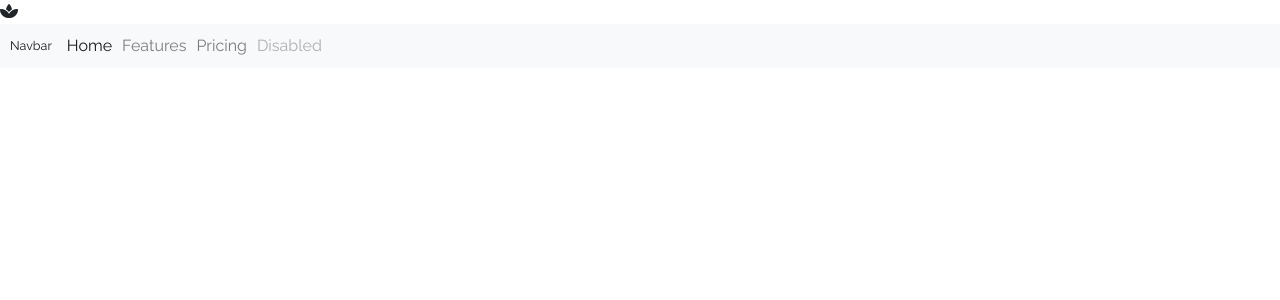
Repository: KrzysKolo/Projekt-13_Kwiaciarnia
Page: index.html
An editor plug-in stored every save of this project. The page is shown before and after the next save, followed by the edit.
The browser window is 1280 px wide. The pictures show the whole page.
Some web libraries are served in a nearby version.

Above is the page before, as saved 2020-08-07 12:09:46.

### index.html
<!DOCTYPE html>
<html lang="pl">
  <head>
    <meta charset="UTF-8" />
    <meta name="viewport" content="width=device-width, initial-scale=1.0" />
    <title>Bukieciarnia</title>
    <script
      src="https://kit.fontawesome.com/21efeaf281.js"
      crossorigin="anonymous"
    ></script>

    <link
      rel="stylesheet"
      href="https://stackpath.bootstrapcdn.com/bootstrap/4.5.0/css/bootstrap.min.css"
      integrity="sha384-9aIt2nRpC12Uk9gS9baDl411NQApFmC26EwAOH8WgZl5MYYxFfc+NcPb1dKGj7Sk"
      crossorigin="anonymous"
    />
    <link
      href="https://fonts.googleapis.com/css2?family=Raleway:wght@400;700&display=swap"
      rel="stylesheet"
    />
    <link rel="stylesheet" href="style.css" />
  </head>
  <body>
    <i class="fas fa-spa"></i>

    <nav class="navbar navbar-expand-lg navbar-light bg-light">
      <a class="navbar-brand" href="#">Navbar</a>
      <button
        class="navbar-toggler"
        type="button"
        data-toggle="collapse"
        data-target="#navbarNav"
        aria-controls="navbarNav"
        aria-expanded="false"
        aria-label="Toggle navigation"
      >
        <span class="navbar-toggler-icon"></span>
      </button>
      <div class="collapse navbar-collapse" id="navbarNav">
        <ul class="navbar-nav">
          <li class="nav-item active">
            <a class="nav-link" href="#"
              >Home <span class="sr-only">(current)</span></a
            >
          </li>
          <li class="nav-item">
            <a class="nav-link" href="#">Features</a>
          </li>
          <li class="nav-item">
            <a class="nav-link" href="#">Pricing</a>
          </li>
          <li class="nav-item">
            <a
              class="nav-link disabled"
              href="#"
              tabindex="-1"
              aria-disabled="true"
              >Disabled</a
            >
          </li>
        </ul>
      </div>
    </nav>

    <script
      src="https://code.jquery.com/jquery-3.5.1.slim.min.js"
      integrity="sha384-DfXdz2htPH0lsSSs5nCTpuj/zy4C+OGpamoFVy38MVBnE+IbbVYUew+OrCXaRkfj"
      crossorigin="anonymous"
    ></script>
    <script
      src="https://cdn.jsdelivr.net/npm/popper.js@1.16.0/dist/umd/popper.min.js"
      integrity="sha384-Q6E9RHvbIyZFJoft+2mJbHaEWldlvI9IOYy5n3zV9zzTtmI3UksdQRVvoxMfooAo"
      crossorigin="anonymous"
    ></script>
    <script
      src="https://stackpath.bootstrapcdn.com/bootstrap/4.5.0/js/bootstrap.min.js"
      integrity="sha384-OgVRvuATP1z7JjHLkuOU7Xw704+h835Lr+6QL9UvYjZE3Ipu6Tp75j7Bh/kR0JKI"
      crossorigin="anonymous"
    ></script>
  </body>
</html>

### style.css
* {
  box-sizing: border-box;
  margin: 0;
  padding: 0;
}
html {
  font-size: 62.5%;
}
body {
  font-family: "Raleway", sans-serif;
  font-size: 1.6rem;
}

After the next save:
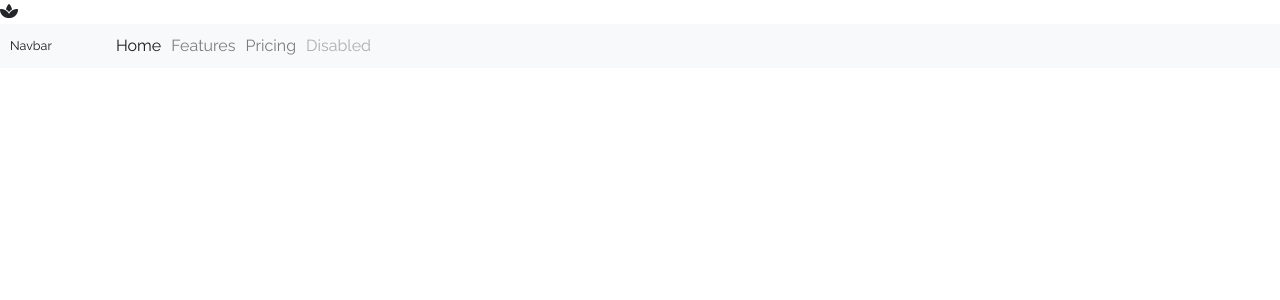
Saved 4 min 31 s later.
--- a/index.html
+++ b/index.html
@@ -38,28 +38,30 @@
         <span class="navbar-toggler-icon"></span>
       </button>
       <div class="collapse navbar-collapse" id="navbarNav">
-        <ul class="navbar-nav">
-          <li class="nav-item active">
-            <a class="nav-link" href="#"
-              >Home <span class="sr-only">(current)</span></a
-            >
-          </li>
-          <li class="nav-item">
-            <a class="nav-link" href="#">Features</a>
-          </li>
-          <li class="nav-item">
-            <a class="nav-link" href="#">Pricing</a>
-          </li>
-          <li class="nav-item">
-            <a
-              class="nav-link disabled"
-              href="#"
-              tabindex="-1"
-              aria-disabled="true"
-              >Disabled</a
-            >
-          </li>
-        </ul>
+        <div class="container">
+          <ul class="navbar-nav">
+            <li class="nav-item active">
+              <a class="nav-link" href="#"
+                >Home <span class="sr-only">(current)</span></a
+              >
+            </li>
+            <li class="nav-item">
+              <a class="nav-link" href="#">Features</a>
+            </li>
+            <li class="nav-item">
+              <a class="nav-link" href="#">Pricing</a>
+            </li>
+            <li class="nav-item">
+              <a
+                class="nav-link disabled"
+                href="#"
+                tabindex="-1"
+                aria-disabled="true"
+                >Disabled</a
+              >
+            </li>
+          </ul>
+        </div>
       </div>
     </nav>
 
